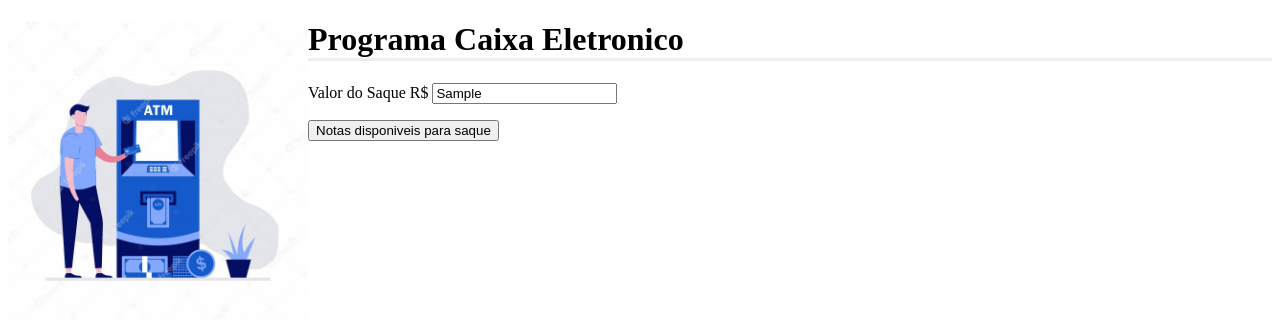
Repository: JhonMercedes/Javascript-book
Page: cap3/ex3_6.html
These files come from the project's save history. The page is drawn as it stood at one moment and after the next save; the edit follows.
The browser window is 1280 px wide. The pictures show the whole page.
Empty fields were first filled with sample values (such as "Sample", 5 or name@example.com).
After loading, the first visible `#btCalcular` was clicked once.

Above is the page before, as saved 2021-12-15 23:19:21.
Console error: ReferenceError: Num is not defined

### cap3/ex3_6.html
<!DOCTYPE html>
<html lang="en">
<head>
    <meta charset="UTF-8">
    <meta http-equiv="X-UA-Compatible" content="IE=edge">
    <meta name="viewport" content="width=device-width, initial-scale=1.0">
    <link rel="stylesheet" href="./css/style.css">
    <title>Exemplo 3.6</title>
</head>
<body>
    <img src="./img/caixaeletronico.jpg" alt="">
    <h1>Programa Caixa Eletronico</h1>

    <p>Valor do Saque R$
        <input type="text" id="inSaque">
    </p>
    <input type="button" value="Notas disponiveis para saque" id="btCalcular">
    <h3 id="outCem"></h3>
    <h3 id="outCinquenta"></h3>
    <h3 id="outDez"></h3>

    <script src="./js/ex3_6.js"></script>
</body>
</html>

### cap3/css/style.css
img {
    float: left;
    height: 300px;
    width: 300px;
}

h1{
    border-bottom-style: inset;
}

### cap3/js/ex3_6.js
function calcularNotas () {
    var inSaque = document.getElementById("inSaque");
    var outCem = document.getElementById("outCem");
    var outCinquenta = document.getElementById("outCinquenta");
    var outDez = document.getElementById("outDez");

    // limpar mensagens (caso, segunda execução)
    outCem.textContent = "";
    outCinquenta.textContent = "";
    outDez.textContent = "";

    var saque = Num(inSaque.value);

    if ( saque == 0 || isNaN(saque) ) {
        alert("Informe o valor do saque corretamente");
        inSaque.focus();
        return;
    }

    // verifica se o saque não é multiplo de 100
    if (saque % 10 !=0 ) {
        alert("Valor inválido para notas disponiveis (R$ 10, 50, 100)");
        inSaque.focus();
        return;
    }
    //calcula notas de 100, 50 e 10
    var notasCem = Math.floor(saque/100);
    var resto = saque % 100;
    var notasCinquenta = Math.floor(notasCinquenta);
    resto = resto % 50;
    var notasDez = Math.floor(resto/100);

    //exibe as notas apenas se houver
    if (notasCem > 0) {
        outCem.textContent = "Notas de R$ 100: " + notasCem;
    }
    if (notasCinquenta > 0) {
        outCinquenta.textContent = "Notas de R$50: " + notasCinquenta;
    }
    if (notasDez > 0 ) {
        outDez.textContent = "Notas de R$ 10: " + notasDez;
    }

}

var btCalcular = document.getElementById("btCalcular");
btCalcular.addEventListener("click", calcularNotas);

After the next save:
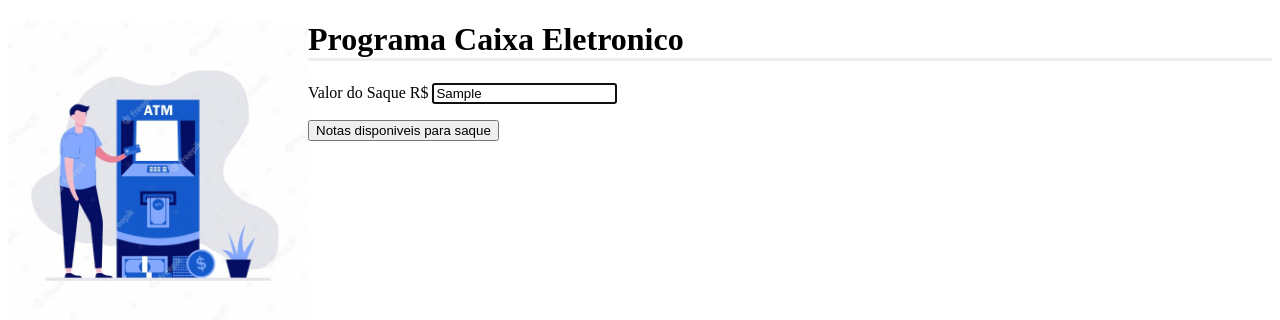
The error is gone.
Saved 41 s later.
--- a/cap3/js/ex3_6.js
+++ b/cap3/js/ex3_6.js
@@ -9,7 +9,7 @@ function calcularNotas () {
     outCinquenta.textContent = "";
     outDez.textContent = "";
 
-    var saque = Num(inSaque.value);
+    var saque = Number(inSaque.value);
 
     if ( saque == 0 || isNaN(saque) ) {
         alert("Informe o valor do saque corretamente");
